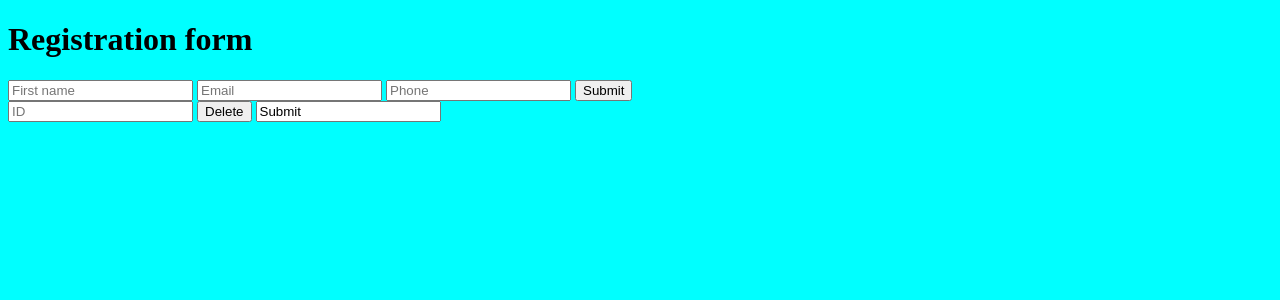
Repository: mediumrtp/CRUD
Page: index.html
These files come from the project's save history. The page is drawn as it stood at one moment and after the next save; the edit follows.
The browser window is 1280 px wide. The pictures show the whole page.

Above is the page before, as saved 2022-11-15 11:03:23.

After the next save:
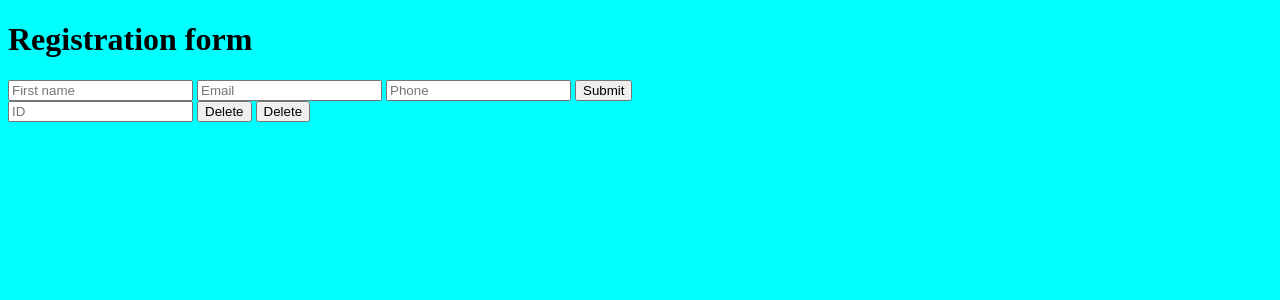
Saved 41 s later.
--- a/index.html
+++ b/index.html
@@ -16,7 +16,7 @@
     <form class="delete" action="/delete" method="POST">
         <input type="text" name="id" placeholder="ID" required>
         <button class="button" type="submit">Delete</button>
-        <input type="Delete" value="Submit">
+        <input type="submit" value="Delete">
     </form>
 </body>
 
